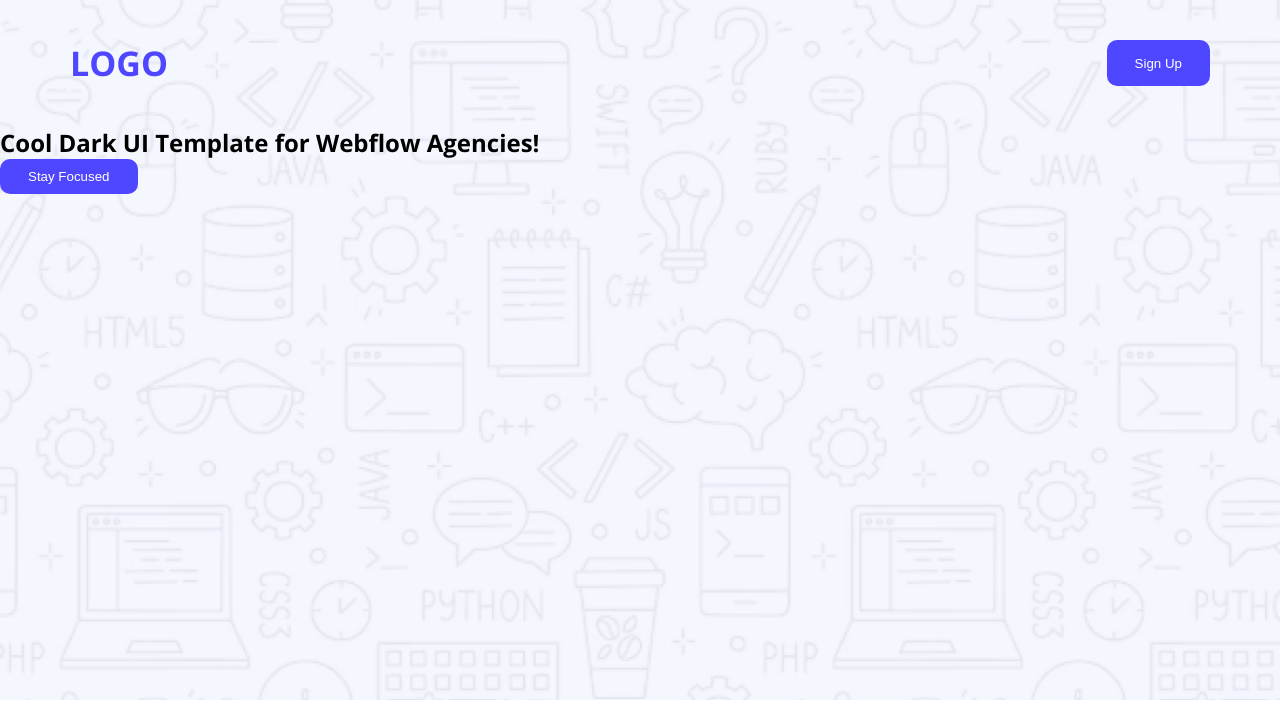
Repository: nahid-hasann/website-3
Page: index.html
These files come from the project's save history. The page is drawn as it stood at one moment and after a run of saves; the edit follows.
The browser window is 1280 px wide. The pictures show the whole page.

Above is the page before, as saved 2025-07-10 19:26:11.

### index.html
<!DOCTYPE html>
<html lang="en">
<head>
    <meta charset="UTF-8">
    <meta name="viewport" content="width=device-width, initial-scale=10">
    <title>MH NaHid</title>
    <link rel="preconnect" href="https://fonts.googleapis.com">
<link rel="preconnect" href="https://fonts.gstatic.com" crossorigin>
<link href="https://fonts.googleapis.com/css2?family=Open+Sans:ital,wght@0,300..800;1,300..800&family=Raleway:ital,wght@0,100..900;1,100..900&display=swap" rel="stylesheet">
<link rel="stylesheet" href="style.css">
</head>
<body class="open-sans-normal">


<header class="header-section">
      <section class="section-1">
       <h1 style="font-size: 34px; color: #4e47ff;">LOGO</h1>
       <button class="btn">Sign Up</button>
      </section>

      <section class="section-2">
        <h1>Cool Dark UI Template for Webflow Agencies!</h1>
        <button class="btn">Stay Focused</button>
      </section>


</header>





</body>
</html>

### style.css
*{
    margin: 0;
    padding: 0;
    box-sizing: border-box;
}


.open-sans-normal {
  font-family: "Open Sans", sans-serif;
  font-optical-sizing: auto;
  font-style: normal;
  font-variation-settings:
    "wdth" 100;
}

.header-section{
    background-image: url('Assets/Hero-bg.png');
    background-repeat: no-repeat;
    background-position: center;
    background-size: cover;
    height: 700px;
}

.section-1{
    display: flex;
    justify-content: space-between;
    padding: 40px 0;
    width: 1140px;
    margin: auto;
}

.btn{
    padding: 10px 28px;
    border: none;
    background-color: #4e47ff ;
    color: white;
    border-radius: 10px;
}

.section-2{

}

After the next 4 saves:
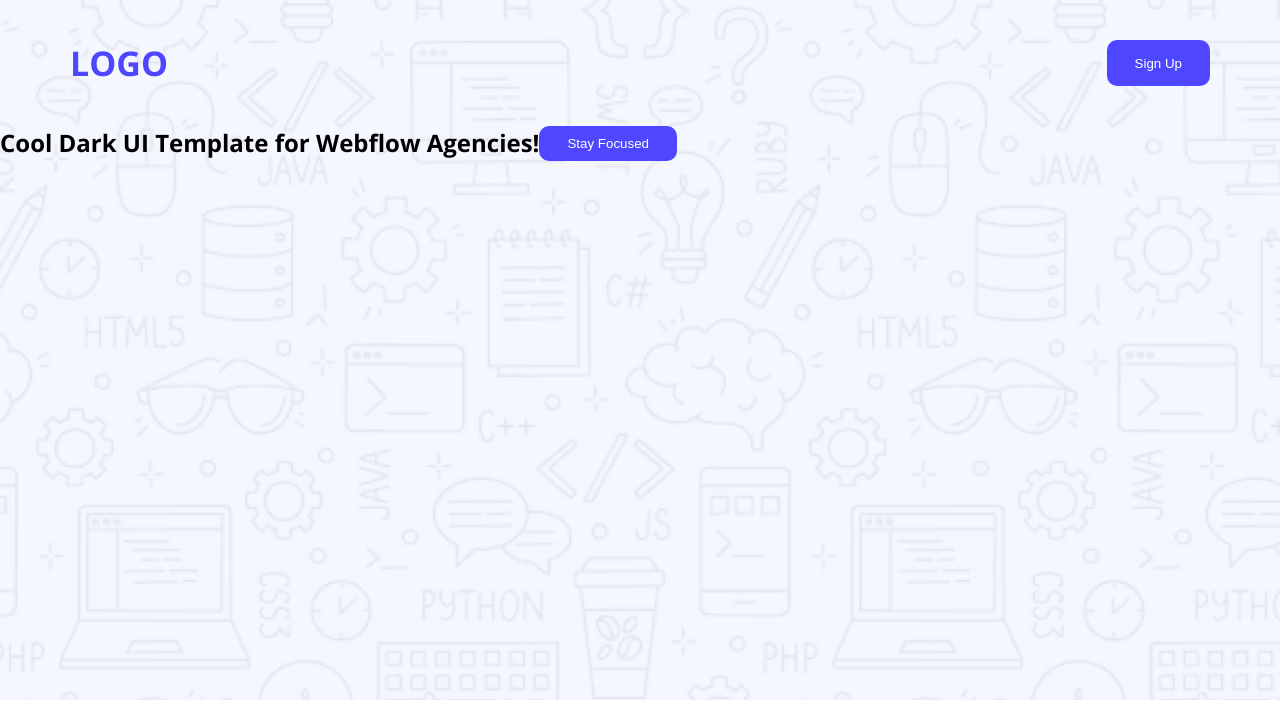
The 4 saves are shown as one change because they came seconds apart.
The last was saved 12 s later.
--- a/style.css
+++ b/style.css
@@ -38,5 +38,6 @@
 }
 
 .section-2{
-
+    display: flex;
+    direction: ;
 }
